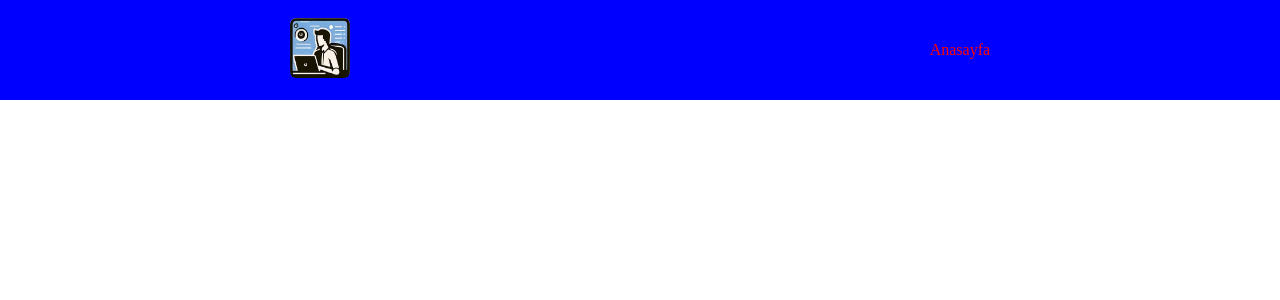
Repository: 0hasandemirtas/react-odev
Page: /
An editor plug-in stored every save of this project. The page is shown before and after a run of saves, followed by the edit.
The browser window is 1280 px wide. The pictures show the whole page.
The project was rebuilt for these pictures with package versions that can differ from the ones it lists, and the page was loaded fresh each time.

Above is the page before, as saved 2024-06-13 13:13:59.

### src/index.css
body {
  margin: 0;

}

### src/App.js

import './App.css';
import Header from "./components/header";

function App() {
  return (
    <div className="App">

     <Header/>
    </div>
  );
}

export default App;

### src/App.css
.App {
  text-align: center;
}
.App-header {
  background-color: #282c34;
  min-height: 100vh;
  display: flex;
  flex-direction: column;
  align-items: center;
  justify-content: center;
  color: white;
}

.App-link {
  color: #61dafb;
}

### src/components/header/index.js
import React from 'react';
import logo2 from './logo2.png';
import useStyles from './stylesheet';

const Header = ()=>{
  const classes = useStyles();
  return (
    <div className={classes.container}>
      <div>
          <img  className={classes.logo} src={logo2} alt="Logo"/>
      </div>
      <div><a>Anasayfa</a></div>

    </div>
  )
}

export default Header

### src/components/header/stylesheet.js
import {
    createUseStyles
} from "react-jss";

const useStyles = createUseStyles({
    container:{
        display:"flex",
        width:"100%",
        height:"100px",
        backgroundColor:"blue",
        color:"red",
        alignItems:"center",
        justifyContent:"space-around"
    },
    contentContainer:{
        display:"flex",
        justifyContent:"space-between",
        width:"100%"
    },
    logo:{
        width:"60px",
        height:"60px",
        borderRadius:"6px"
    }
},
{
    name: "header-component"
});

export default useStyles;

Loaded but not shown: public/index.html (common file); src/index.js (common file)

After the next 3 saves:
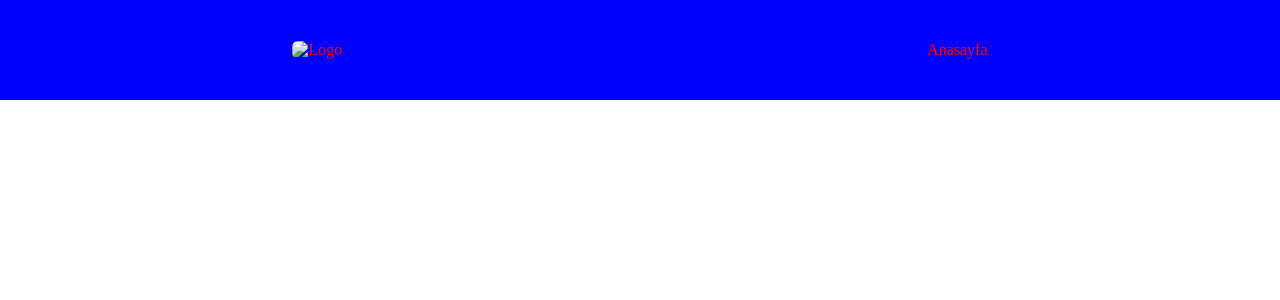
Not found: images/logo1.png
The 3 saves are shown as one change because they came seconds apart.
The last was saved 9 min 59 s later.
--- a/src/components/header/index.js
+++ b/src/components/header/index.js
@@ -7,7 +7,7 @@ const Header = ()=>{
   return (
     <div className={classes.container}>
       <div>
-          <img  className={classes.logo} src={logo2} alt="Logo"/>
+          <img  className={classes.logo} src="./images/logo1.png" alt="Logo"/>
       </div>
       <div><a>Anasayfa</a></div>
 
